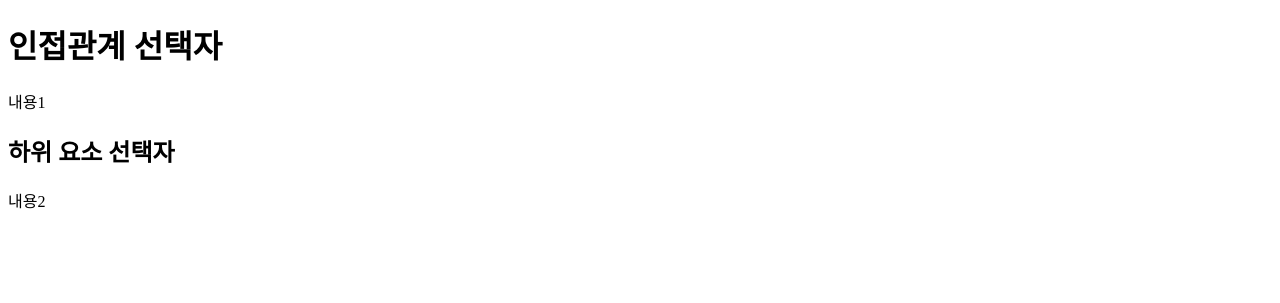
Repository: sanghui4542-ship-it/workspace_jquery
Page: jQuery/src/main/webapp/01문서객체선택자와조작법/jq_selec1_9.html
These files come from the project's save history. The page is drawn as it stood at one moment and after the next save; the edit follows.
The browser window is 1280 px wide. The pictures show the whole page.

Above is the page before, as saved 2026-07-06 03:03:11.

### jQuery/src/main/webapp/01문서객체선택자와조작법/jq_selec1_9.html
<!DOCTYPE html>
<html>
		<head>
			<meta charset="UTF-8">
			  <title>Insert title here</title>
		<!-- JQuery 문법 사용을 위한 CDN 주소  -->
		<script src="https://code.jquery.com/jquery-latest.min.js"></script>
		</head>
	<body>
		<div id="wrap">
			<h1>인접관계 선택자</h1>
			<p>내용1</p>
			<section>
				<h1>하위 요소 선택자</h1>
				<p>내용2</p>
			</section>
		</div>
	</body>
</html>

After the next save:
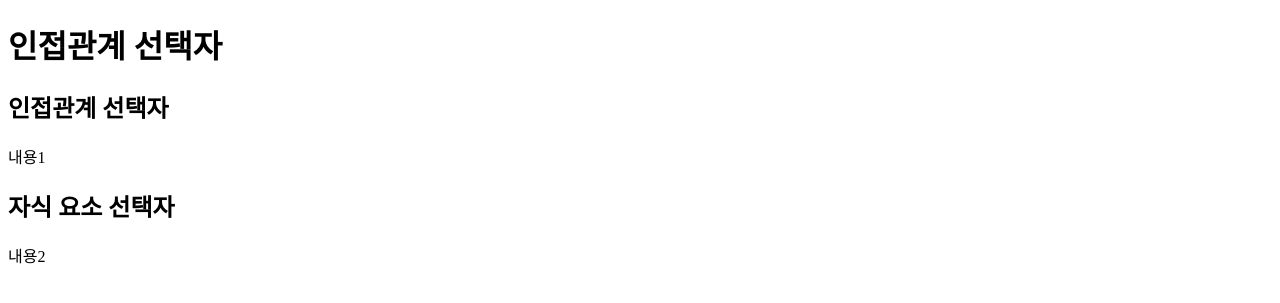
Saved 5 min 58 s later.
--- a/jQuery/src/main/webapp/01문서객체선택자와조작법/jq_selec1_9.html
+++ b/jQuery/src/main/webapp/01문서객체선택자와조작법/jq_selec1_9.html
@@ -9,11 +9,30 @@
 	<body>
 		<div id="wrap">
 			<h1>인접관계 선택자</h1>
+			<h2>인접관계 선택자</h2>
 			<p>내용1</p>
 			<section>
-				<h1>하위 요소 선택자</h1>
+				<h1>자식 요소 선택자</h1>
 				<p>내용2</p>
 			</section>
 		</div>
+		<script type="text/javascript">
+		/*
+			1. $("요소선택 > 자식요소최종선택문법")
+
+			   해석 : 요소선택자리에 선택한 요소를 기준으로 > 기호 뒤에 작성한 자식요소 최종선택문법에서 선택한
+			   		 자식요소만 최종 선택
+
+
+			순서1. $("#wrap") -> <div id="wrap"></div>를 요소선택자리에서 먼저 작성해 선택해 오고
+			순서2. $("#wrap") -> <div>의 자식요소들을 모두 선택해 오는데.......
+			순서3. $("#wrap>h1") -> <div>의 자식요소들 중에서도 <h1></h1>자식요소들만 최종 선택해 옵니다.
+		*/
+		$("#wrap").css("border", "2px soild red");
+
+
+
+
+		</script>
 	</body>
 </html>
